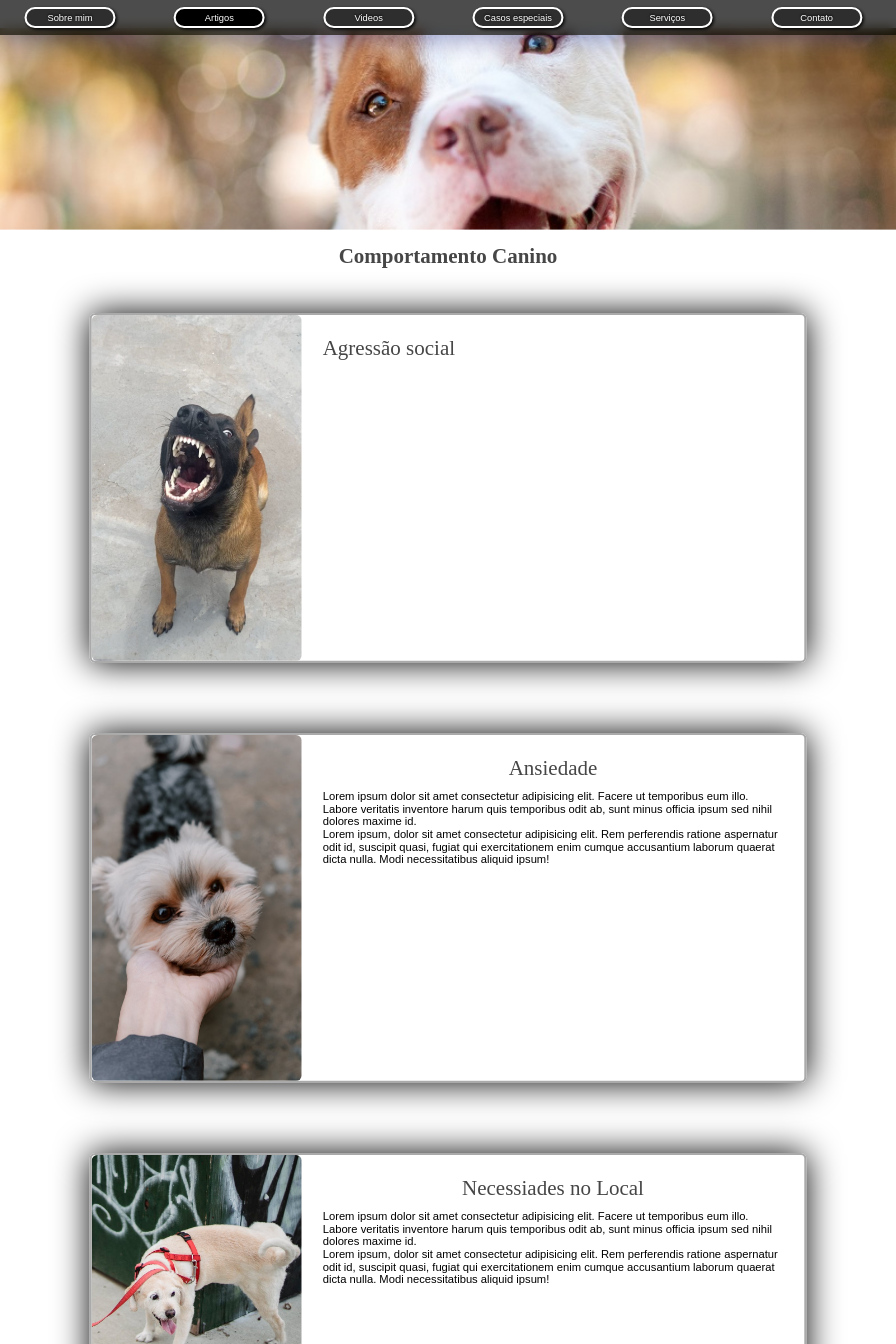
Repository: KevynMarques/Blog-React-StyledComponent
Page: /, after clicking the first element matching `button.sc-eqUAAy`
These files come from the project's save history. The page is drawn as it stood at one moment and after the next save; the edit follows.
The browser window is 1280 px wide. The pictures show the part of the page from y = 0 to 1920 px (the page is 3448 px tall), at 70% of full size.
The project was rebuilt for these pictures with package versions that can differ from the ones it lists, and the page was loaded fresh each time. Also part of the build but not shown: src/Components/Clientes/index.jsx, src/Components/Serviços/index.jsx, src/Components/Contato/index.jsx, src/Components/View/index.jsx.

Above is the page before, as saved 2022-02-21 15:11:09.

### public/index.html
<!DOCTYPE html>
<html lang="pt-BR">
  <head>
    <meta charset="utf-8" />
    <link rel="icon" href="%PUBLIC_URL%/favicon.ico" />
    <meta name="viewport" content="width=device-width, initial-scale=1" />
    <meta name="theme-color" content="#000000" />
    <meta
      name="description"
      content="Web site created using create-react-app"
    />
    <link rel="apple-touch-icon" href="%PUBLIC_URL%/logo192.png" />
    <!--
      manifest.json provides metadata used when your web app is installed on a
      user's mobile device or desktop. See https://developers.google.com/web/fundamentals/web-app-manifest/
    -->
    <!--
      Notice the use of %PUBLIC_URL% in the tags above.
      It will be replaced with the URL of the `public` folder during the build.
      Only files inside the `public` folder can be referenced from the HTML.

      Unlike "/favicon.ico" or "favicon.ico", "%PUBLIC_URL%/favicon.ico" will
      work correctly both with client-side routing and a non-root public URL.
      Learn how to configure a non-root public URL by running `npm run build`.
    -->
    <title>Adestramento DK</title>
  </head>
  <body>
    <noscript>You need to enable JavaScript to run this app.</noscript>
    <div id="root"></div>
    <!--
      This HTML file is a template.
      If you open it directly in the browser, you will see an empty page.

      You can add webfonts, meta tags, or analytics to this file.
      The build step will place the bundled scripts into the <body> tag.

      To begin the development, run `npm start` or `yarn start`.
      To create a production bundle, use `npm run build` or `yarn build`.
    -->
  </body>
</html>

### src/App.jsx
import Home from './Pages/Home';
import Sobre from './Components/Sobre/index';
import { useState, useEffect } from 'react';
import { GlobalStyle } from './GlobalStyle';
import Geral from './Components/Geral/index';


function App() {

  const [geral, setGeral]=useState(<Sobre />);

  return (
    <>
    <Home setGeral={setGeral} geral={geral}  />
    <Geral geral={geral} />
    <GlobalStyle/>
   </>
  );
}

export default App;

### src/Pages/Home/index.jsx
import React, {useState} from "react"
import {  Home, Videos, Comportamental, Serviços, Diversos, Contato } from "../../Components/Buttons/Style"
import Sobre from '../../Components/Sobre/index'
import Comport  from '../../Components/Artigos/index'
import Clientes from '../../Components/Clientes/index'
import Serv from "../../Components/Serviços"
import Cont from '../../Components/Contato/index'
import View from "../../Components/View"
import { ContainerHeader } from "../../Components/Containers/style"




export default (props) => {

  const [ativo, setAtivo] = useState(false)
  const [ativoVideos, setAtivoVideos] = useState(true)
  const [ativoComp, setComp] = useState(true)
  const [Casos, setCasos] = useState(true)
  const [serviços, setServiços] = useState(true)
  const [contato, setContato] = useState(true)


  return (
   <>
    <ContainerHeader>

       <Home
         setAtivo={setAtivo}
         ativo={ativo}
         onClick={()=>(props.setGeral(<Sobre />),
         setAtivo(false),
         setAtivoVideos(true),
         setComp(true),
         setCasos(true),
         setServiços(true)
         )}>
         <p>Sobre mim</p>
      </Home>


       <Comportamental
          onClick={() =>(props.setGeral(<Comport />),
          setAtivo(true),
          setAtivoVideos(true),
          setComp(false),
          setCasos(true),
          setServiços(true))}

          setComp={setComp}
          ativoComp={ativoComp}>

         <p>Artigos</p>
       </Comportamental>

       <Videos
        ativoEquip={ativoVideos}
        setAtivoVideos={setAtivoVideos}
        onClick={()=>(props.setGeral(<View />),
        setAtivo(true),
        setAtivoVideos(false),
        setComp(true),
        setCasos(true),
        setServiços(true)
        )}>
        <p>Videos</p>
       </Videos>

       <Diversos
          onClick={() =>(props.setGeral(<Clientes />),
          setAtivo(true),
          setAtivoVideos(true),
          setComp(true),
          setCasos(false),
          setServiços(true))}
          setCasos={setCasos}
          Casos={Casos}>
         <p>Casos especiais</p>
       </Diversos>


       <Serviços onClick={() =>(props.setGeral(<Serv />),
        setAtivo(true),
        setAtivoVideos(true),
        setComp(true),
        setCasos(true),
        setServiços(false))}
        setServiços={setServiços}
        serviços={serviços}>
         <p>Serviços</p>
       </Serviços>

       <Contato onClick={() =>(props.setGeral(<Cont />),
        setAtivo(true),
        setAtivoVideos(true),
        setComp(true),
        setCasos(true),
        setServiços(true),
        setContato(false)
       )}
          setContato={setContato}
          contato={contato}>
         <p>Contato</p>
      </Contato>

    </ContainerHeader>
    </>
  );
}

### src/Components/Sobre/index.jsx
import Foto from '../Image/foto.png'
import LV from '../Image/LV.jpg';
import Dog from '../Image/Dog.png'
import { Tittle } from "../Textos&Titles/style";
import { ContainerBaner, ContainerBox, ContainerIMG } from "../Containers/style";
import { Info } from "../Textos&Titles/style";
import { SubTitle } from '../Textos&Titles/style';
import { TitleInfo } from '../Textos&Titles/style';


export default () => {
  return (
<>
     <ContainerBaner>
      <img src={Dog} />
     </ContainerBaner>

   <Tittle>
          Adestramento DK
  </Tittle>


  <ContainerBox>
       <ContainerIMG>
        <img src={Foto} />
       </ContainerIMG>
       <Info>
       <TitleInfo>Quem sou eu</TitleInfo>
       meu nome é Kevyn Marques sempre fui um apaixonado por cães, no ano de 2017 tive o prazer
       de fazer parte do 2BPE  onde pude ter  meu primeiro contato com cães de trabalho tanto de faro como de guarda, encantando com aqueles animais comecei a pesquisar e estudar sobre comportamento canino  e desde la eu nunca mais parei, ao longo da minha jornada como adestrador fiz inumeros cursos com pessoas que estão na aréa do adestramento a anos, tanto no esporte canino como no treinamento pet podendo ter uma visão ampla e diversificade de cada caso que passa pelas minhas mãos, tenho um orgulho enorme dos meus resultados, acredito que todos com a orientação adequada podem ter uma vida em harmonia com seus cães independente do tamanho do problema ele sempre tera solução.
       </Info>
       </ContainerBox>

  <SubTitle>  Viper e Logan !
  </SubTitle>


    <ContainerBox>
       <ContainerIMG>
        <img src={LV} />
       </ContainerIMG>
       <Info>
       <TitleInfo>Nosso dia a dia</TitleInfo>
       Apesar de ter tido cães a vida toda o meu primeiro cão de trabalho foi o Logan, meu pastor Belga Malinois que se encontra ao lado direito da foto, com o Logan vieram inumeros desafios afinal é uma raça dificil de lidar, temperamento forte muita disposição e um drive de caça altissimo, porem com a tecnica é o conhecimento adequado o Logan se tornou a melhor companhia que ja tive na vida, ja o Mali mais escuro na foto é o Viper, minha paixão por Malinois so aumenta e com isso veio mais um para familia, o pequeno Viper é bem diferente do Logan, um cão mais calmo e de um temperamento extremamente equilibrado por enquanto ainda não sei se irei treina-lo para guarda e proteção como o Logan, porem uma coisa é certa, eles fazem uma dupla e tanto !! Irei postar videos rotineiros dos treinos de ambos e espero que vocês acompanhem !
       </Info>
   </ContainerBox>
</>

  );
}

### src/GlobalStyle.jsx
import { createGlobalStyle } from 'styled-components';

 export const GlobalStyle = createGlobalStyle`
  * {
    margin: 0;
    padding: 0;
    box-sizing: border-box;

  }
`;

### src/Components/Geral/index.jsx
import React from "react"

export default (props) => {

  return (

    <>
    {props.geral}
    </>

  );

}

### src/Components/Buttons/Style.jsx
import styled from "styled-components";


export const Home = styled.button `
background:${props => props.ativo ? '#2e2e2e' : '#000000'};
font-family: Arial, Helvetica, sans-serif;
font-style:normal;
color:#ffffff;
border:3px solid #ffffff;
text-shadow:0px -1px 3px #000000;
box-shadow:2px 2px 5px #000000;
box-shadow:2px 2px 5px #000000;
box-shadow:2px 2px 5px #000000;
border-radius:25px 25px 25px 25px;
border-radius:25px 25px 25px 25px;
border-radius:25px 25px 25px 25px;
width:130px;
height: 30px;

&:hover {
  background-color: black;
}

cursor:pointer;
margin:0 auto;
margin-left: 35px;

&:active {
  transform: scale(0.9);
}

`;


export const Videos = styled(Home) `

background:${props => props.ativoEquip ? '#2e2e2e' : '#000000'};

`;

export const Comportamental = styled(Home) `

background:${props => props.ativoComp ? '#2e2e2e' : '#000000'};

`;


export const Diversos = styled(Home) `

background:${props => props.Casos? '#2e2e2e' : '#000000'};

`;


export const Serviços = styled(Home) `

background:${props => props.serviços? '#2e2e2e' : '#000000'};

`;

export const Contato = styled(Home) `

background:#2e2e2e;

`;

### src/Components/Artigos/index.jsx
import Dog from '../Image/pitbull.jpeg'
import Agress from '../Image/agressao.png'
import York from '../Image/york.jpeg'
import Xixi from '../Image/xixi.jpeg'
import Passeio from '../Image/Passeio.jpeg'
import Bagunça from '../Image/bagunça.jpg'
import { Info, SubTitle } from '../Textos&Titles/style'
import { ContainerBaner, ContainerBox, ContainerIMG } from '../Containers/style'
import { TitleInfo } from '../Textos&Titles/style'

export default () => {
  return (
    <>
    <ContainerBaner>
    <img src={Dog} />
    </ContainerBaner>

    <SubTitle>
      Comportamento Canino
     </SubTitle>

      <ContainerBox>
       <ContainerIMG>
        <img src={Agress} />
       </ContainerIMG>
       <Info>
       <TitleInfo>Agressão social</TitleInfo>

        </Info>
       </ContainerBox>

       <ContainerBox>
       <ContainerIMG>
        <img src={York} />
       </ContainerIMG>
       <Info>
       <TitleInfo>Ansiedade</TitleInfo>
       Lorem ipsum dolor sit amet consectetur adipisicing elit. Facere ut temporibus eum illo. Labore veritatis inventore harum quis temporibus odit ab, sunt minus officia ipsum sed nihil dolores maxime id.
       <br></br>
        Lorem ipsum, dolor sit amet consectetur adipisicing elit. Rem perferendis ratione aspernatur odit id, suscipit quasi, fugiat qui  exercitationem  enim cumque accusantium laborum quaerat dicta nulla. Modi necessitatibus aliquid ipsum!
        </Info>
       </ContainerBox>

       <ContainerBox>
       <ContainerIMG>
        <img src={Xixi} />
       </ContainerIMG>
       <Info>
       <TitleInfo>Necessiades no Local</TitleInfo>
       Lorem ipsum dolor sit amet consectetur adipisicing elit. Facere ut temporibus eum illo. Labore veritatis inventore harum quis temporibus odit ab, sunt minus officia ipsum sed nihil dolores maxime id.
       <br></br>
        Lorem ipsum, dolor sit amet consectetur adipisicing elit. Rem perferendis ratione aspernatur odit id, suscipit quasi, fugiat qui  exercitationem  enim cumque accusantium laborum quaerat dicta nulla. Modi necessitatibus aliquid ipsum!
        </Info>
       </ContainerBox>


       <ContainerBox>
       <ContainerIMG>
        <img src={Passeio} />
       </ContainerIMG>
       <Info>
       <TitleInfo>Passeio</TitleInfo>
       Lorem ipsum dolor sit amet consectetur adipisicing elit. Facere ut temporibus eum illo. Labore veritatis inventore harum quis temporibus odit ab, sunt minus officia ipsum sed nihil dolores maxime id.
       <br></br>
        Lorem ipsum, dolor sit amet consectetur adipisicing elit. Rem perferendis ratione aspernatur odit id, suscipit quasi, fugiat qui  exercitationem  enim cumque accusantium laborum quaerat dicta nulla. Modi necessitatibus aliquid ipsum!
        </Info>
       </ContainerBox>


       <ContainerBox>
       <ContainerIMG>
        <img src={Bagunça} />
       </ContainerIMG>
       <Info>
       <TitleInfo>Destruição de objetos</TitleInfo>
       Lorem ipsum dolor sit amet consectetur adipisicing elit. Facere ut temporibus eum illo. Labore veritatis inventore harum quis temporibus odit ab, sunt minus officia ipsum sed nihil dolores maxime id.
       <br></br>
        Lorem ipsum, dolor sit amet consectetur adipisicing elit. Rem perferendis ratione aspernatur odit id, suscipit quasi, fugiat qui  exercitationem  enim cumque accusantium laborum quaerat dicta nulla. Modi necessitatibus aliquid ipsum!
        </Info>
       </ContainerBox>
    </>
  );
}

### src/Components/Containers/style.jsx
import  styled  from "styled-components";



export const  ContainerHeader  = styled.div `
     width: 100vw;
     height: 50px;
     margin: 0;
     position: fixed;
     z-index: 99999;
     background: rgba( 0, 0, 0, 0.7 );
     box-shadow: 0 8px 32px 0 rgba( 31, 38, 135, 0.37 );
     backdrop-filter: blur( 7.5px );
     -webkit-backdrop-filter: blur( 7.5px );
     color:white;
     display: flex;
     align-items: center;
     justify-content: center;
`;



export const ContainerBaner= styled.div `
  width: 100%;
  height: 40vh;


    img {
    width: 100%;
    height: 100%;
    object-fit: cover;
    margin-top: 40px;

    }
`;


export const  ContainerBox = styled.section `
  height: 500px;
  border: solid 3px #aaaaaa;
  width: 80vw;
  margin: 100px  10%;
  border-radius: 8px;
  box-shadow: 0 0 3em Black;
  display: flex;
  `;


export const ContainerIMG = styled.div `

    min-width:300px;
    height:494px;

  img {
    object-fit: cover;
    width: 100%;
    height: 100%;
    border-radius: 8px;
  }

`;

### src/Components/Textos&Titles/style.jsx
import styled from 'styled-components'



export const Tittle = styled.h1`
@import url('https://fonts.googleapis.com/css2?family=Bangers&display=swap');
color: #312f2f;
font-size: 60px;
font-family: 'Bangers', cursive;
text-align: center;
height: 40px;
margin-top: 45px;
`;


export const Info = styled.p`
 margin: 30px;
 font-family: Arial, Helvetica, sans-serif;
`;


export const SubTitle = styled.h2 `
 text-align: center;
 font-size: 30px;
 margin-top: 60px;
 font-family: Arial, Helvetica, sans-serif;
 color: #464646;
 margin-bottom: -35px;
 font-family: 'Bangers', cursive;
`;


export const TitleInfo = styled.div `
 text-align: center;
 font-size: 30px;
 font-family: Arial, Helvetica, sans-serif;
 color: #464646;
 font-family: 'Bangers', cursive;
 margin-bottom: 15px;
`;

Loaded but not shown: src/index.js (common file)

After the next save:
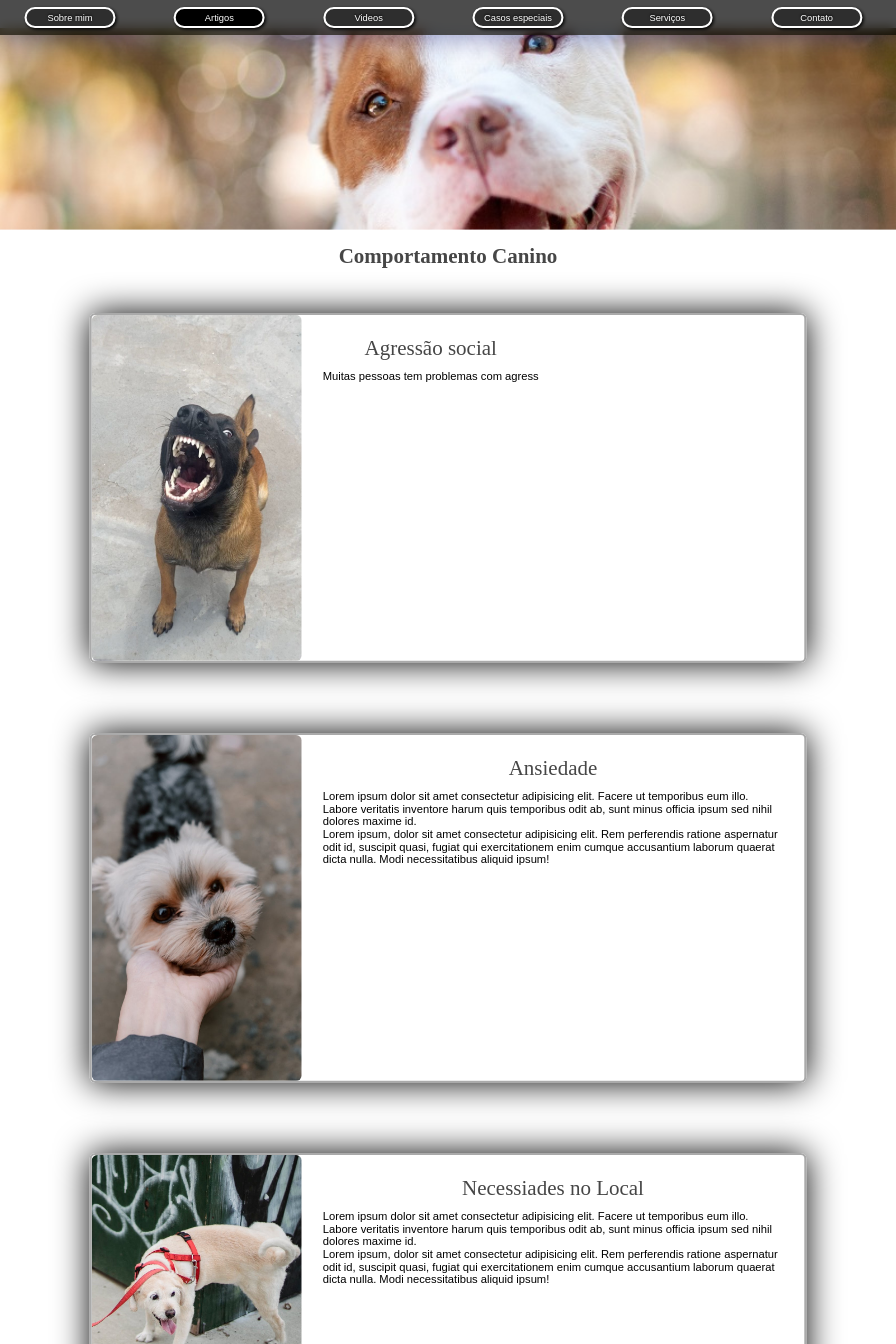
Saved 100 s later.
--- a/src/Components/Artigos/index.jsx
+++ b/src/Components/Artigos/index.jsx
@@ -25,7 +25,7 @@ export default () => {
        </ContainerIMG>
        <Info>
        <TitleInfo>Agressão social</TitleInfo>
-
+       Muitas pessoas tem problemas com agress
         </Info>
        </ContainerBox>
 
